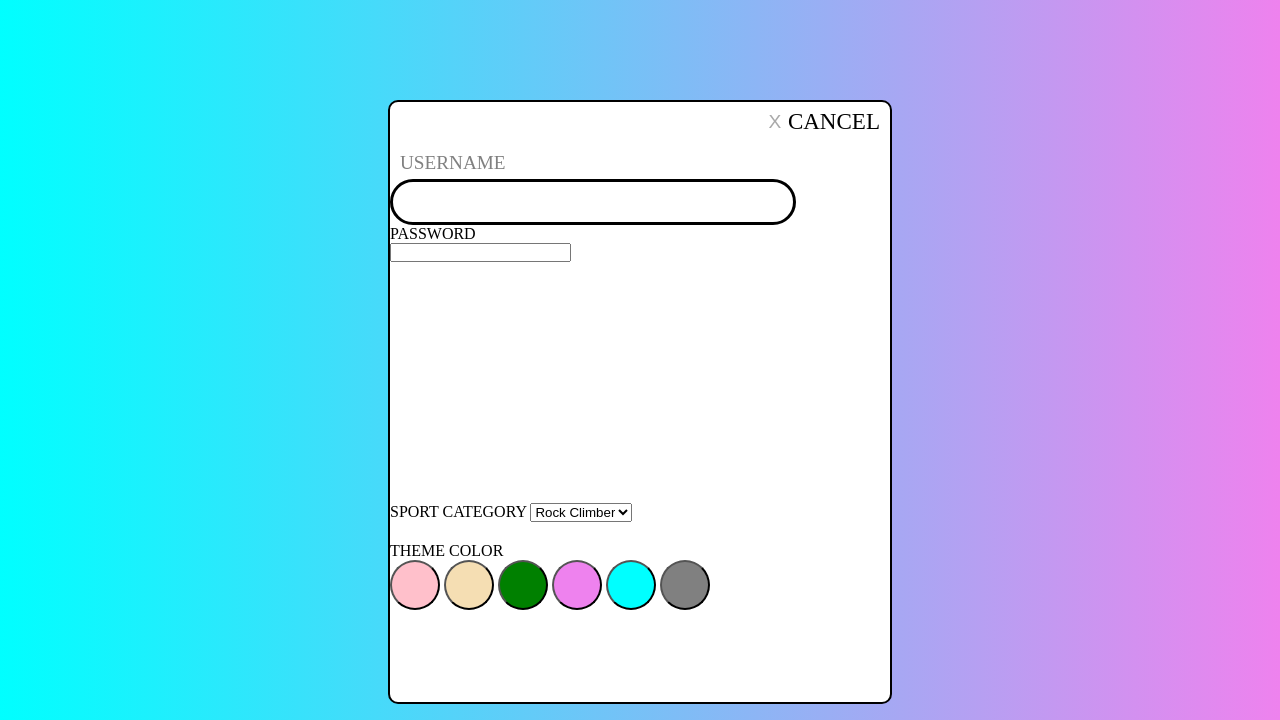
Repository: zRush1202/LoginPage-demo
Page: dom/exercise/login.html
The author's editor kept a copy of each file at every save. The page is drawn from the files as they stood at one save, then again after the next save.
The browser window is 1280 px wide. The pictures show the whole page.

Above is the page before, as saved 2023-09-17 09:37:07.

### dom/exercise/login.html
<!DOCTYPE html>
<html lang="en">
<head>
    <meta charset="UTF-8">
    <meta name="viewport" content="width=device-width, initial-scale=1.0">
    <title>Login page</title>
    <link rel="stylesheet" href="login.css">
</head>
<body>
    <div class="login">
        <div class="cancel">
            <button class="X">X</button>
            <span class="cancel">CANCEL</span>
        </div>
        <div class="tk">
            <span class="us">USERNAME</span>
            <br>
            <input type="USERNAME" class="user">
            <br>
            <span class="pa">PASSWORD</span>
            <br>
            <input type="PASSWORD" class="pass">
            <br>
        </div>
        <div class="lab">
            <label for="sport">SPORT CATEGORY</label>
            <select name="sport" id="sport">
                <option value="rc">Rock Climber</option>
                <option value="fb">Football</option>
                <option value="bkb">basketball</option>
                <option value="sm">swimming</option>
            </select>
        </div>
        <div class="theme">
            <span>THEME COLOR</span>
            <br>
            <button class="bgc" style="background-color: pink;"> </button>
            <button class="bgc" style="background-color: wheat;"> </button>
            <button class="bgc" style="background-color: green;"> </button>
            <button class="bgc" style="background-color: violet;"> </button>
            <button class="bgc" style="background-color: cyan;"> </button>
            <button class="bgc" style="background-color: gray;"> </button>
        </div>
    </div>
</body>
</html>

### dom/exercise/login.css
* {
    margin: 0;
    padding: 0;
}

body {
    display: flex;
    justify-content: center;
    align-items: center;
    position: relative;
    top: 100px;
    background-image: linear-gradient(to right, cyan, violet);
}

.login {
    display: block;
    width: 500px;
    height: 600px;
    background-color: white;
    border: 2px solid black;
    border-radius: 10px;
    position: relative;
    display: block;margin: 0 auto;
}

.cancel {
    position: absolute;
    right: 5px;
    top: 3px;
}

.cancel {
    font-size: 120%;

}

.X {
    height: 20px;
    width: 20px;
    color: darkgray;
    font-size: 100%;
    border: none;
    background-color: transparent;
    position: absolute;
    right: 100px;
    top: 6px;
}

.user {
    height: 40px;
    width: 400px;
    border-radius: 50px;
    border: 3px solid black;
    margin-top: 5px;

}

.us {
    position: relative;
    left: 10px;
    font-size: 120%;
    color: gray;
}

.tk {
    position: absolute;
    top: 50px;
}

.bgc {
    height: 50px;
    width: 50px;
    border-radius: 25px;
}

.lab {
    position: absolute;
    bottom: 180px;
}

.theme {
    position: absolute;
    bottom: 90px;

}

After the next save:
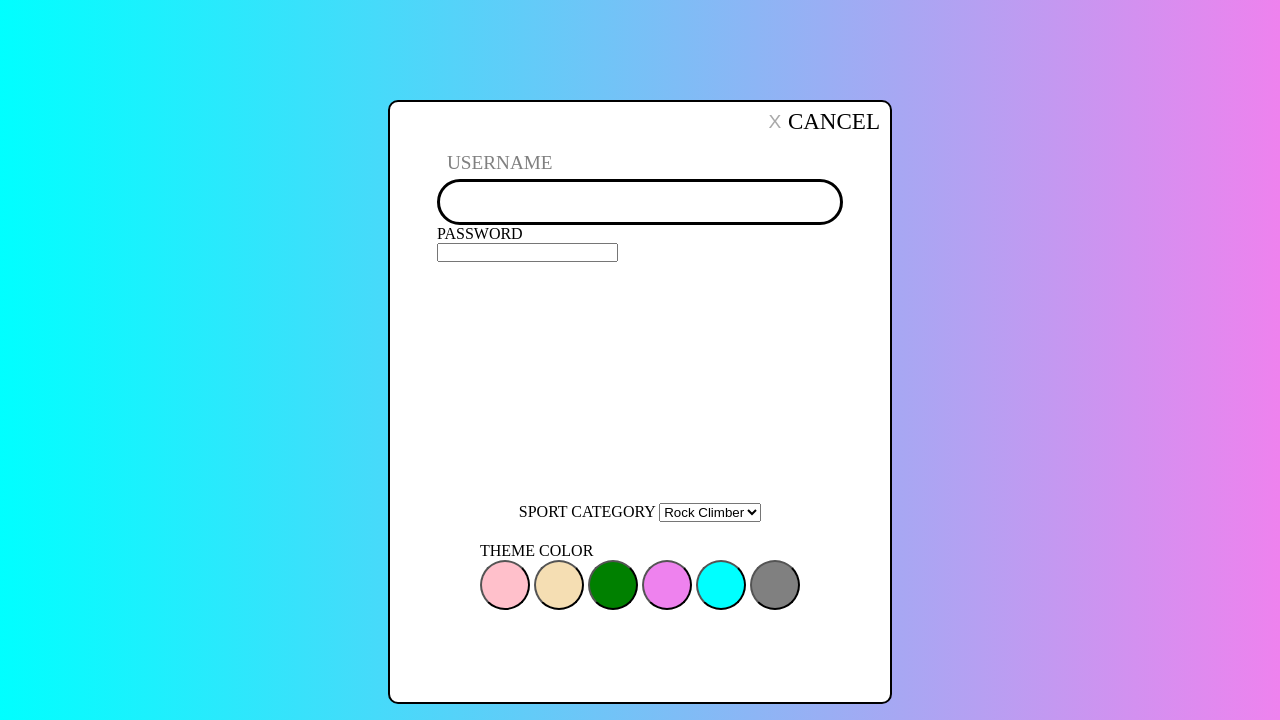
Saved 19 s later.
--- a/dom/exercise/login.css
+++ b/dom/exercise/login.css
@@ -20,7 +20,9 @@ body {
     border: 2px solid black;
     border-radius: 10px;
     position: relative;
-    display: block;margin: 0 auto;
+    display: flex;
+    justify-content: center;
+
 }
 
 .cancel {
